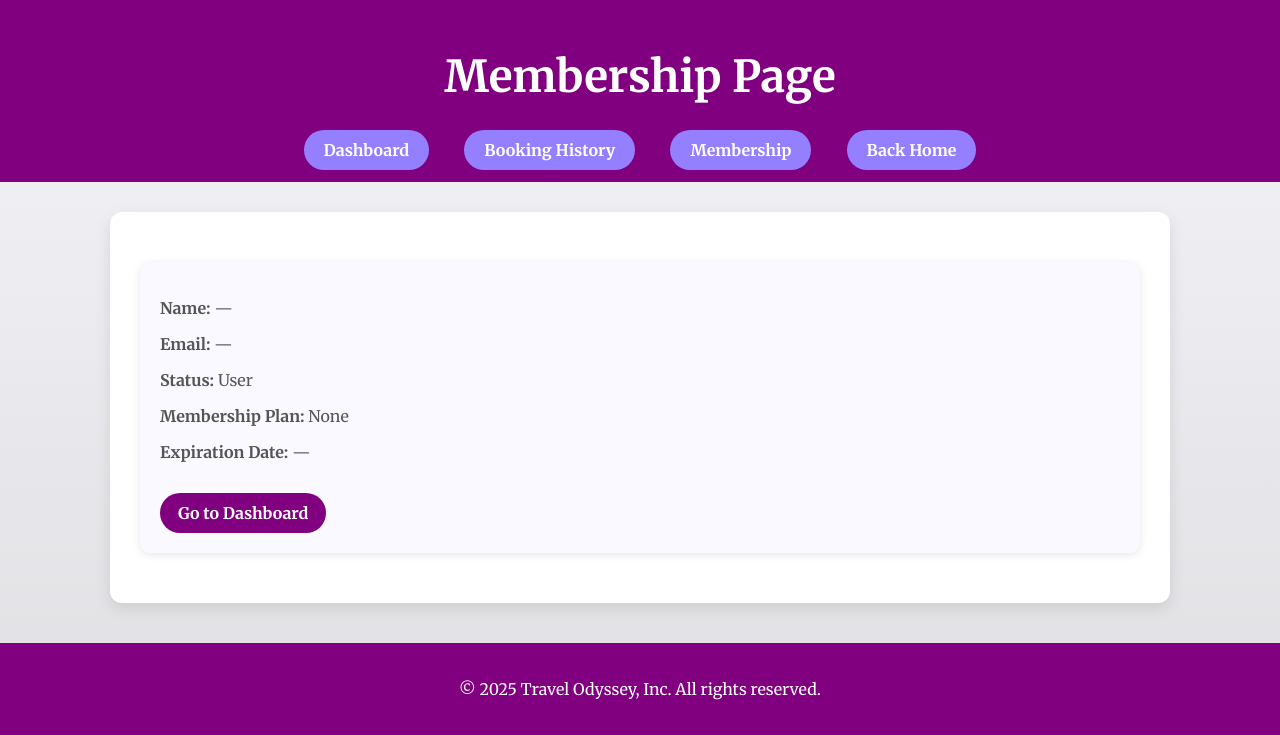
Repository: GHzPhoenix/Project-Odyssey
Page: Frontend/membership-confirmation.html
The author's editor kept a copy of each file at every save. The page is drawn from the files as they stood at one save, then again after the next save.
The browser window is 1280 px wide. The pictures show the whole page.

Above is the page before, as saved 2025-06-08 11:07:24.

### Frontend/membership-confirmation.html
<!DOCTYPE html>
<html lang="en">
  <head>
    <meta charset="UTF-8" />
    <meta name="viewport" content="width=device-width, initial-scale=1.0" />
    <title>Membership Confirmation – Travel Odyssey</title>
    <link rel="stylesheet" href="css/dashboard.css" />
    <link rel="stylesheet" href="css/membership.css" />

    <link rel="preconnect" href="https://fonts.googleapis.com" />
    <link rel="preconnect" href="https://fonts.gstatic.com" crossorigin />
    <link
      href="https://fonts.googleapis.com/css2?family=Merriweather:wght@300;400;700&display=swap"
      rel="stylesheet"
    />
  </head>

  <body>
    <header>
      <h1 style="color: white">Membership Page</h1>
      <nav>
        <a href="dashboard.html">Dashboard</a>
        <a href="booking-history.html">Booking History</a>
        <a href="membership-confirmation.html">Membership</a>
        <a href="index.html">Back Home</a>
      </nav>
    </header>

    <main>
      <section class="confirmation dashboard-section">
        <p><strong>Name:</strong> <span id="user-name">Loading…</span></p>
        <p><strong>Email:</strong> <span id="user-email">Loading…</span></p>
        <p><strong>Status:</strong> <span id="user-status">Loading…</span></p>

        <p>
          <strong>Membership Plan:</strong>
          <span id="membership-type">Loading…</span>
        </p>
        <p>
          <strong>Expiration Date:</strong>
          <span id="membership-expiration">Loading…</span>
        </p>

        <a href="dashboard.html" class="button">Go to Dashboard</a>
      </section>
    </main>

    <footer class="footer">
      <div class="footer-container"></div>
      <div class="footer-bottom">
        <p>© 2025 Travel Odyssey, Inc. All rights reserved.</p>
      </div>
    </footer>

    <script>
      function toggleMenu() {
        document.querySelector(".nav-menu").classList.toggle("active");
      }

      document.addEventListener("DOMContentLoaded", () => {
        const user = JSON.parse(localStorage.getItem("user") || "{}");
        const membershipType = localStorage.getItem("membershipType");
        const membershipExpires = localStorage.getItem("membershipExpires");

        document.getElementById("user-name").textContent = user.name || "—";
        document.getElementById("user-email").textContent = user.email || "—";

        const statusEl = document.getElementById("user-status");
        if (membershipType) {
          statusEl.textContent = "Member";
        } else if (user.role === "admin") {
          statusEl.textContent = "Admin";
        } else {
          statusEl.textContent = "User";
        }

        document.getElementById("membership-type").textContent =
          membershipType || "None";
        document.getElementById("membership-expiration").textContent =
          membershipExpires || "—";
      });
    </script>
  </body>
</html>

### Frontend/css/dashboard.css
body {
  font-family: "Merriweather", serif;
  background: linear-gradient(to bottom, #f4f4f9, #e0e0e3);
  margin: 0;
  padding: 0;
}

header {
  background-color: purple;
  color: white;
  text-align: center;
  padding: 20px;
  font-size: 22px;
  font-weight: bold;
}

nav {
  margin-top: 15px;
}

nav a {
  color: white;
  text-decoration: none;
  margin: 0 15px;
  font-weight: bold;
  font-size: 1rem;
  padding: 10px 20px;
  border-radius: 20px;
  background-color: #947fff;
  transition: background 0.3s ease-in-out;
}

nav a:hover {
  background-color: #ff6f91;
  color: yellow;
}

.menu-toggle {
  display: none;
  flex-direction: column;
  cursor: pointer;
}

.menu-toggle div {
  width: 28px;
  height: 3px;
  background-color: white;
  margin: 4px 0;
}

@media (max-width: 768px) {
  nav ul {
    flex-direction: column;
    width: 100%;
    display: none;
    background-color: purple;
    margin-top: 10px;
    padding: 10px 0;
  }

  nav ul.active {
    display: flex;
  }

  .menu-toggle {
    display: flex;
  }

  nav ul li {
    width: 100%;
    text-align: center;
  }
}

main {
  max-width: 1000px;
  margin: 30px auto;
  padding: 30px;
  background-color: white;
  border-radius: 12px;
  box-shadow: 0px 5px 15px rgba(0, 0, 0, 0.1);
}

h2 {
  color: purple;
  font-size: 24px;
  margin-bottom: 20px;
  text-align: center;
  border-bottom: 2px solid purple;
  padding-bottom: 10px;
}

.dashboard-section {
  margin: 20px 0;
  padding: 20px;
  background-color: #f9f9ff;
  border-radius: 10px;
  box-shadow: 0px 2px 8px rgba(0, 0, 0, 0.1);
}

.dashboard-section h3 {
  font-size: 20px;
  color: purple;
  margin-bottom: 10px;
}

.deals-container {
  display: grid;
  grid-template-columns: repeat(auto-fit, minmax(280px, 1fr));
  gap: 1.5rem;
  margin-top: 2rem;
  padding: 0;
}

.deal-card {
  background-color: #fff;
  border-radius: 12px;
  overflow: hidden;
  box-shadow: 0 4px 10px rgba(0, 0, 0, 0.1);
  transition: transform 0.2s ease, box-shadow 0.2s ease;
  display: flex;
  flex-direction: column;
}

.deal-card:hover {
  transform: translateY(-4px);
  box-shadow: 0 6px 14px rgba(0, 0, 0, 0.15);
}

.deal-card img {
  width: 100%;
  height: 180px;
  object-fit: cover;
  display: block;
}

.deal-card-body {
  padding: 1rem;
  flex: 1;
  display: flex;
  flex-direction: column;
}

.deal-card-body h3 {
  margin: 0 0 0.5rem;
  font-size: 1.25rem;
  color: purple;
}

.deal-card-body p {
  margin: 0.25rem 0;
  color: #555;
  font-size: 0.95rem;
  flex: 1;
}

.card-button {
  display: inline-block;
  background-color: purple;
  color: #fff;
  text-decoration: none;
  padding: 0.5rem 1rem;
  border-radius: 20px;
  font-weight: bold;
  font-size: 0.95rem;
  text-align: center;
  transition: background-color 0.3s ease;
  margin-top: 1rem;
}

.card-button:hover {
  background-color: #ff6f91;
  color: #fff;
}

.no-deals {
  text-align: center;
  font-size: 1rem;
  color: #555;
  margin-top: 2rem;
}

@media (max-width: 600px) {
  .deals-container {
    grid-template-columns: 1fr;
  }
  .deal-card img {
    height: 200px;
  }
}

.dashboard-section p {
  font-size: 16px;
  color: #555;
}

.button {
  background-color: purple;
  color: white;
  padding: 10px 18px;
  border-radius: 25px;
  text-decoration: none;
  display: inline-block;
  margin-top: 15px;
  font-weight: bold;
  transition: background 0.3s ease-in-out;
}

.button:hover {
  background-color: #ff3b72;
}

footer {
  background-color: purple;
  color: white;
  text-align: center;
  padding: 20px;
  margin-top: 40px;
}

@media (max-width: 768px) {
  main {
    margin: 20px;
    padding: 20px;
  }
}

### Frontend/css/membership.css
body {
  font-family: "Merriweather", serif;
  margin: 0;
  padding: 0;
  background-color: #f9f9f9;
  color: #333;
}

main.membership-section {
  padding: 60px 20px;
  text-align: center;
  background: #ffffff;
}

.section-title {
  font-size: 2.4rem;
  margin-bottom: 40px;
  font-weight: 700;
  color: #2c3e50;
}

.membership-grid {
  display: grid;
  grid-template-columns: repeat(auto-fit, minmax(280px, 1fr));
  gap: 30px;
  max-width: 1200px;
  margin: 0 auto;
  padding: 0 20px;
}

.membership-card {
  background: #fff;
  border-radius: 15px;
  padding: 30px;
  box-shadow: 0 10px 25px rgba(0, 0, 0, 0.08);
  transition: transform 0.3s ease, box-shadow 0.3s ease;
  display: flex;
  flex-direction: column;
  align-items: center;
}

.membership-card:hover {
  transform: translateY(-10px);
  box-shadow: 0 15px 35px rgba(0, 0, 0, 0.1);
}

.icon {
  font-size: 3rem;
  color: #6c63ff;
  margin-bottom: 15px;
}

.membership-card h3 {
  font-size: 1.6rem;
  margin-bottom: 10px;
  color: #2c3e50;
}

.membership-card p {
  font-size: 1rem;
  color: #666;
  margin-bottom: 20px;
  line-height: 1.6;
}

.price {
  font-size: 1.3rem;
  font-weight: bold;
  color: #111;
  margin-bottom: 25px;
}

.join-btn {
  background-color: #6c63ff;
  color: white;
  padding: 12px 25px;
  border: none;
  border-radius: 8px;
  font-size: 1rem;
  text-decoration: none;
  transition: background 0.3s ease;
}

.join-btn:hover {
  background-color: #5848d2;
}

@media (max-width: 768px) {
  .membership-grid {
    grid-template-columns: 1fr;
  }
}

After the next save:
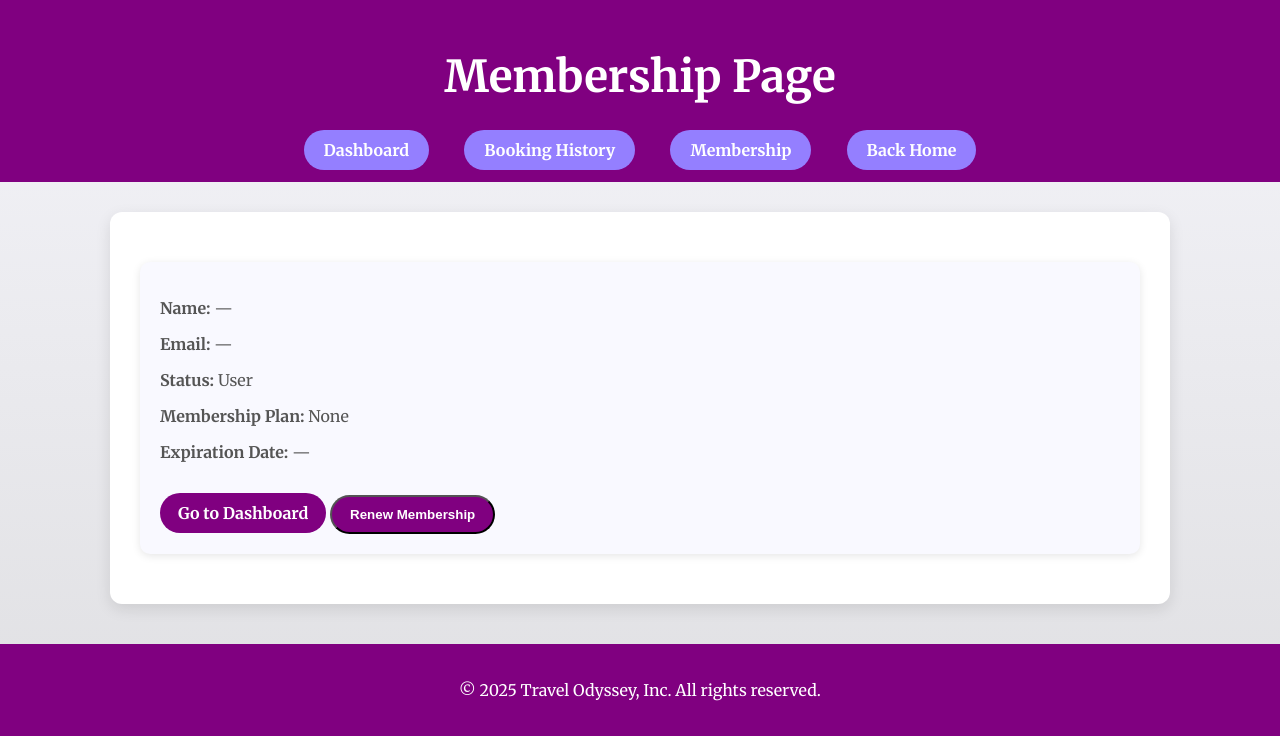
Saved 50 s later.
--- a/Frontend/membership-confirmation.html
+++ b/Frontend/membership-confirmation.html
@@ -40,8 +40,14 @@
           <strong>Expiration Date:</strong>
           <span id="membership-expiration">Loading…</span>
         </p>
+        <div class="buttons">
+          <a href="dashboard.html" class="button">Go to Dashboard</a>
+          <button id="renew-button" class="button renew-button">
+            Renew Membership
+          </button>
+        </div>
 
-        <a href="dashboard.html" class="button">Go to Dashboard</a>
+        <div id="renew-message" class="message"></div>
       </section>
     </main>
 
